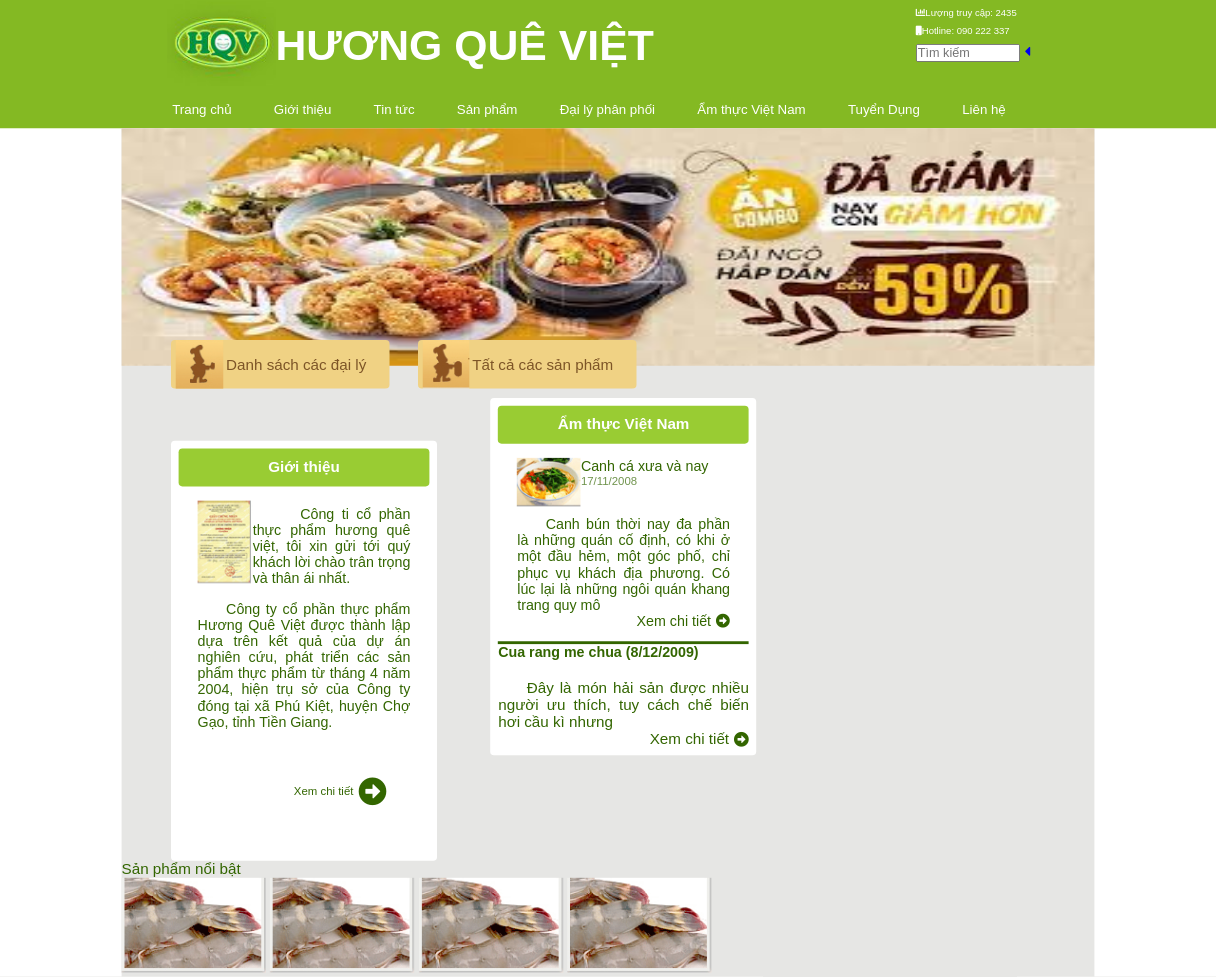
Repository: NgocTruong0701/Self_Learning
Page: html/practice/Baitapweb/index.html
These files come from the project's save history. The page is drawn as it stood at one moment and after the next save; the edit follows.
The browser window is 1280 px wide. The pictures show the whole page, at 95% of full size.

Above is the page before, as saved 2021-10-06 21:51:25.

After the next save:
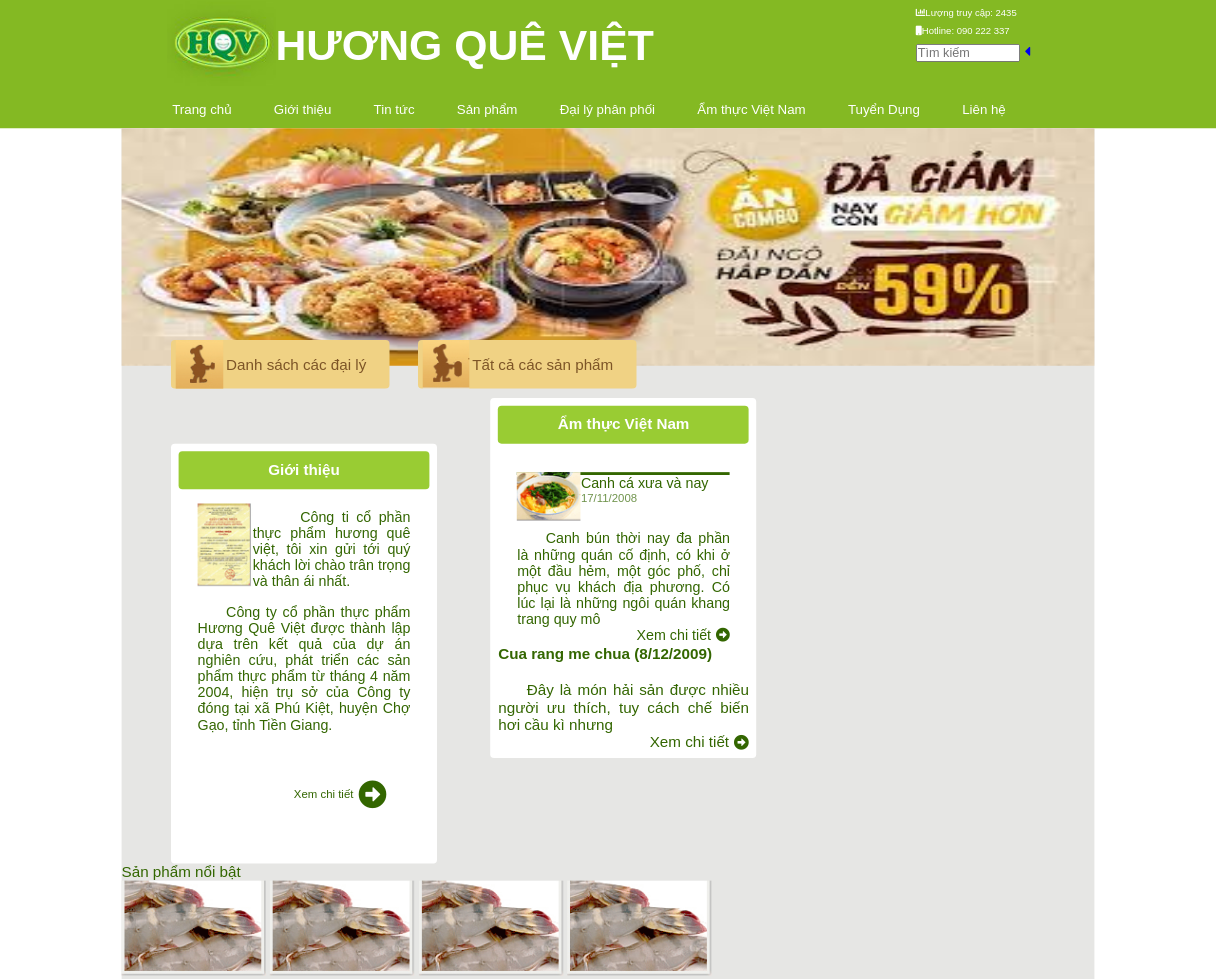
Saved 8 s later.
--- a/html/practice/Baitapweb/assets/css/styles.css
+++ b/html/practice/Baitapweb/assets/css/styles.css
@@ -238,7 +238,7 @@ header .box-right{
     margin-right: 5px;
 }
 
-.heading-up{
+.heading-up-review{
     font-size:15px;
     border-top: solid;
     margin-top: 30px;
